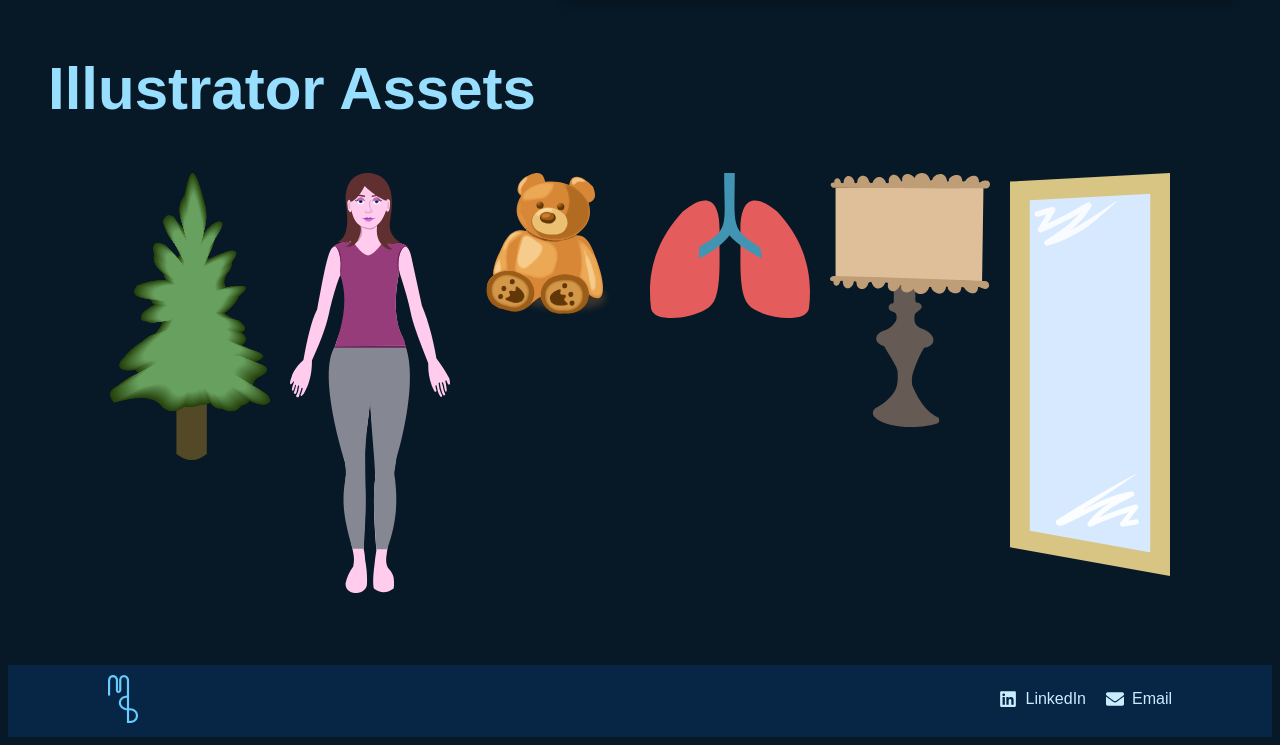
Repository: madelinestruthers/madeline-portfolio-site
Page: /Projects/motion-project
An editor plug-in stored every save of this project. The page is shown before and after the next save, followed by the edit.
The browser window is 1280 px wide. The pictures show the part of the page from y = 687 to 1432 px (the page is 1432 px tall).
The project was rebuilt for these pictures with package versions that can differ from the ones it lists, and the page was loaded fresh each time. The framework's server and built-in components were replaced by stand-ins that run in the browser. Also part of the build but not shown: next.config.mjs.

Above is the page before, as saved 2025-03-22 20:14:01.

### src/pages/Projects/motion-project.js
import NavBar from "@/components/NavBar";
import Footer from "@/components/Footer";
import styles from "@/styles/MotionProject.module.css";
import Image from "next/image";

export default function MotionProject() {
    return (
        <div className={styles.page}> {/* ✅ Add a wrapper div */}
            <NavBar />

            <main className={styles.container}>
                <h1 className={styles.h1Style}>How to Ground Yourself</h1>

                {/* Video & Description Row on Desktop (Video on Right) */}
                <div className={styles.videoDescriptionWrapper}>

                    {/* Project Details (Left Side on Desktop) */}
                    <div className={styles.descriptionContainer}>
                        <p className={styles.description}>
                            Made for kids, this motion graphics piece explores mindfulness and grounding through fluid animation, soft colors, and soothing music. Created with <strong className={styles.bold}>After Effects</strong> and <strong className={styles.bold}>Illustrator</strong>, it delivers a calm, immersive experience.
                        </p>
                    </div>

                    {/* Video Section (Right Side on Desktop) */}
                    <div className={styles.videoContainer}>
                        <iframe
                            className={styles.video}
                            src="https://www.youtube.com/embed/LDuL9oxN3RY?si=x8TfYwBB4a7iYpOd"
                            title="YouTube video player"
                            allow="accelerometer; autoplay; clipboard-write; encrypted-media; gyroscope; picture-in-picture; web-share"
                            referrerPolicy="strict-origin-when-cross-origin"
                            allowFullScreen
                        ></iframe>
                    </div>

                </div>
                <h2 className={styles.h1Style}>Illustrator Assets</h2>
                <div className={styles.assetContainer}>
                    <div className={styles.assets}>
                        <Image src="/images/Asset2.svg" alt="Asset 2" width={150} height={150} className={styles.assetImage} />
                        <Image src="/images/Asset1.svg" alt="Asset 1" width={150} height={150} className={styles.assetImage} />
                        <Image src="/images/Asset3.svg" alt="Asset 3" width={150} height={150} className={styles.assetImage} />
                        <Image src="/images/Asset4.svg" alt="Asset 1" width={150} height={150} className={styles.assetImage} />
                        <Image src="/images/Asset5.svg" alt="Asset 1" width={150} height={150} className={styles.assetImage} />
                        <Image src="/images/Asset6.svg" alt="Asset 1" width={150} height={150} className={styles.assetImage} />
                    </div>
                </div>
            </main>

            <Footer />
        </div>
    );
}

### src/styles/globals.css
:root {
  --background: #071926;
  --foreground: #171717;
    --accent: #98deff; /* Change to your preferred color */
}

@media (prefers-color-scheme: dark) {
  :root {
    --background: #071926;
    --foreground: #ffffff;
  }
}

html,
body {
  max-width: 100vw;
  overflow-x: hidden;
}


body {
  color: var(--foreground);
  background: var(--background);
  font-family: comme, Poppins, sans-serif;
  font-size: 16px;
}

/* styles*/



a {
  color: inherit;
  text-decoration: none;
}

.projects-page {
  display: flex;
  flex-direction: column;
  min-height: 100vh;
}

/* 📌 Title & Filter Layout */
.projects-header {
  display: flex;
  justify-content: space-between;
  align-items: center;
  padding: 2rem 0;
  width: 100%;
}

/* Align title left */
.projects-header h1 {
  font-size: 60px;
  font-weight: bold;
  margin-left: 100px;
  color: #98deff;
}

/* Align filter right */
.filter-container {
  display: flex;
  align-items: center;
  gap: 10px;
  margin-right: 100px;
}

/* 📌 Apply required #category-filter styling */
#category-filter {
  padding: 10px;
  font-size: 1rem;
  border-radius: 5px;
  border: 1px solid #ccc;
  cursor: pointer;
}

/* 📌 Grid Layout for Projects */
.projects-container {
  display: grid;
  grid-template-columns: 1fr;
  gap: 20px;
  padding-top: 2rem;
  justify-items: center;
  flex-grow: 1; /* Ensures content takes up available space */
}

/* 📌 Handle No Projects */
.no-projects {
  text-align: center;
  font-size: 1.2rem;
  color: #999;
}

/* 📌 Stick Footer to Bottom */
footer {
  margin-top: auto;
}


/* 🔥 Tablet View (600px and up) */
@media (min-width: 600px) {
  .projects-container {
    grid-template-columns: repeat(2, 1fr);
  }
}

/* 🖥️ Desktop View (900px and up) */
@media (min-width: 900px) {
  .projects-container {
    grid-template-columns: repeat(3, 1fr);
    margin: 1rem 100px 6rem 100px;
    gap: 6rem;
  }
}

/* 🖥️ Large Desktop View (1400px and up) */
@media (min-width: 1600px) {
  .projects-container {
    grid-template-columns: repeat(4, 1fr);
    margin: 2rem 200px 6rem 200px;
    gap: 8rem;
  }
}

/* 📱 Mobile View: Stack title & filter */
@media (max-width: 899px) {
  .projects-header {
    flex-direction: column;
    align-items: center;
    text-align: center;
    gap: 10px;
  }

  .projects-header h1 {
    margin-left: 0;
  }

  .filter-container {
    margin-right: 0;
  }
}

### src/components/NavBar.js

import React, { useState } from "react";
import Image from "next/image";
import styles from "./Navbar.module.css";

const NavBar = () => {
  const [isMenuOpen, setIsMenuOpen] = useState(false);
  const toggleMenu = () => setIsMenuOpen(!isMenuOpen);

  return (
    <nav className={styles.navbar}>
      <div className={styles["navbar-logo"]}>
        <a href="/">
          <div className={styles["logo-wrapper"]}>
            <Image
              src="/images/ms-logo.svg"
              alt="Logo"
              width={80}
              height={22}
              priority
            />
          </div>
        </a>
      </div>

      <div className={styles.hamburger} onClick={toggleMenu}>
        <div className={styles.bar}></div>
        <div className={styles.bar}></div>
        <div className={styles.bar}></div>
      </div>

      <ul
        className={`${styles["navbar-links"]} ${
          isMenuOpen ? styles["navbar-links-open"] : ""
        }`}
      >
        <li>
          <a href="/projects">Projects</a>
        </li>
        <li>
          <a href="/about">About Me</a>
        </li>
      </ul>
    </nav>
  );
};

export default NavBar;

### src/components/Footer.js
// src/components/Footer.js
import React from "react";
import styles from "./Footer.module.css";
import { FaLinkedin, FaEnvelope } from "react-icons/fa";
import Image from "next/image";

const Footer = () => {
  return (
    <footer className={styles.footer}>
      {/* Left Section: Logo */}
      <div className={styles.logo}>
        <a href="/">
        <Image
            src="/images/ms-logo.png"
            alt="Logo"
            width={30}
            height={48}
          />
        </a>
      </div>

      {/* Right Section: Links */}
      <div className={styles.links}>
        <a
          href="https://linkedin.com/in/madelinestruthers"
          target="_blank"
          rel="noopener noreferrer"
          className={styles.link}
        >
          <FaLinkedin className={styles.icon} /> LinkedIn
        </a>
        <a
          href="mailto:maddiestruthersdesigns@gmail.com"
          className={styles.link}
        >
          <FaEnvelope className={styles.icon} /> Email
        </a>
      </div>
    </footer>
  );
};

export default Footer;

### src/styles/MotionProject.module.css
/* Page Wrapper */
/* Page Wrapper */
.page {
    display: flex;
    flex-direction: column;
    min-height: 100vh;
    /* Ensures the full viewport height */
}

/* Main Content */
.container {
    flex: 1;
    /* Pushes the footer down */
    display: flex;
    flex-direction: column;
    align-items: center;
    padding: 20px;
}

/* Video & Description Layout */
.videoDescriptionWrapper {
    display: flex;
    flex-direction: column;
    /* Mobile: Stacked */
    align-items: center;
    gap: 20px;
    width: 100%;
}

/* Video Styling */
.videoContainer {
    width: 100%;
    max-width: 600px;
    margin-top: 1rem;
}

.video {
    width: 100%;
    height: 50vh;
    border-radius: 10px;
    box-shadow: 0 4px 8px rgba(0, 0, 0, 0.2);
}

/* Title & Description */
.descriptionContainer {
    text-align: left;
    max-width: 600px;
}


.h1Style {
    font-size: 30px;
    color: #98deff;
    font-weight: bold;
    text-align: left;
    /* ✅ Aligns to the left */
    width: 100%;
    /* Makes sure it spans the full width */
    max-width: 1200px;
}


.description {
    font-size: 1rem;
    color: #cbedfd;
    line-height: 1.6;
}

.bold{
    font-weight: 700;
    color: #ffc072;
}

/* Assets Section */
.assetsContainer {
    text-align: left;
    width: 100%;
    display: flex;
    justify-content: flex-start;
  }

  .assets {
    display: flex;
    flex-direction: column;
    align-items: flex-start;
    gap: 20px;
    width: 100%;
  }

  .assetImage {
    height: auto;
  }



.h2Style {
    font-size: 24px;
    color: #C7EDFF;
    margin-bottom: 10px;
}




/* 🔹 Tablet View (iPad) */
@media (min-width: 768px) {
    .container {
        padding: 40px;
    }

    .assets {
        flex-direction: row;
        justify-content: flex-start;
      }

    .h1Style {
        font-size: 36px;
    }

    .description {
        font-size: 1.1rem;
        max-width: 80%;
    }

    .assets {
        flex-direction: row;
        justify-content: center;
      }
}

/* 🖥️ Desktop View */
@media (min-width: 1024px) {
    .container {
        max-width: 1200px;
        margin: auto;
    }

    .videoDescriptionWrapper {
        flex-direction: row;
        /* Desktop: Side-by-Side */
        align-items: flex-start;
        justify-content: space-between;
    }

    .descriptionContainer {
        flex: 1;
        max-width: 40%;
        text-align: left;
        margin-right: 20px;
    }

    .videoContainer {
        flex: 1;
        max-width: 60%;
        /* Make it take half the width */
        order: 2;
    }

    .h1Style {
        font-size: 60px;
    }

    .description {
        font-size: 1.2rem;
        max-width: 100%;
    }

    .assetImage {
        width: 160px;

      }


}

### src/components/Navbar.module.css
/* Base Styles (Mobile First) */
.navbar {
  display: flex;
  justify-content: space-between;
  align-items: center;
  padding: 1.5rem;
  position: sticky;
  z-index: 111;
}

.navbar-logo img{
  display: flex;
  align-items: center;
  width: 45px;
  height: 100px;
}


.navbar-logo a {
  text-decoration: none;
}

.logo-wrapper {
  display: inline-block;
  transform: scale(1);
  transition: transform 0.4s ease-in-out 0.1s, filter 0.4s ease-in-out 0.1s;
  will-change: transform, filter;
}

.logo-wrapper:hover {
  animation: tiltWobble 0.6s ease-in-out 0.1s;
  transform: scale(1.1);
  filter: brightness(1.1) sepia(1) hue-rotate(-20deg) saturate(5);
}

@keyframes tiltWobble {
  0% {
    transform: scale(1.1) rotateZ(0deg);
  }
  30% {
    transform: scale(1.1) rotateZ(-4deg);
  }
  60% {
    transform: scale(1.1) rotateZ(4deg);
  }
  100% {
    transform: scale(1.1) rotateZ(0deg);
  }
}

/* Hamburger Menu */
.hamburger {
  display: flex;
  flex-direction: column;
  justify-content: space-between;
  width: 2.5rem;
  height: 2rem;
  cursor: pointer;
}

.bar {
  height: 5px;
  width: 100%;
  border-radius: 3px;
  transition: all 0.3s ease;
  background-color: #ffb04f;
}

/* Navigation Links */
.navbar-links {
  display: none;
  flex-direction: column;
  list-style: none;
  text-align: left;
  position: absolute;
  top: 100px;
  right: 30px;
  background-color: #072747;
  box-shadow: 0 4px 6px rgba(0, 0, 0, 0.1);
  border-radius: 8px;
  z-index: 10;
  font-size: 20px;
  padding-bottom: 1rem;
}

.navbar-links a {
  text-decoration: none;
  font-size: 20px;
  font-weight: 600;
  color: #c7edff;
  padding-right: 1.5rem;
  padding-top: 1rem;
  display: block;
  transition: color 0.3s ease, border-color 0.3s ease;
  border-bottom: 4px solid transparent;
}

.navbar-links a:hover {
  transition: color 0.3s ease, border-color 0.3s ease;
  color: #ffb04f;
}

/* Show Links When Menu is Open */
.navbar-links-open {
  display: flex;
}

/* Tablet Styles (768px) */
@media (min-width: 768px) {
  .hamburger {
    display: none;
  }

  .navbar-logo{
    width: 40px;
    height: auto;
  }

  .navbar {
    flex-direction: row;
    justify-content: space-between;
    padding: 10px 100px;
  }

  .navbar-links {
    display: flex;
    flex-direction: row;
    position: static;
    background: none;
    box-shadow: none;
    padding: 0;
    gap: 3rem;
  }

  .navbar-links a {
    padding: 0;
    font-size: 18px;
  }
}

/* Desktop Styles (1024px) */
@media (min-width: 1024px) {
  .navbar {
    padding: 20px 100px;
  }

  .navbar-logo img {
    max-width: 100%;
    height: auto;
  }

  .navbar-links a {
    font-size: 18px;
  }
}

### src/components/Footer.module.css
/* src/components/Footer.module.css */
.footer {
    display: flex;
    justify-content: space-between;
    align-items: center;
    padding: 10px 100px; /* Adjust the side padding as needed */
    background-color: hsl(210, 82%, 15%);
    margin-top: 2rem;
  }

  .logo {
    display: flex;
    align-items: center;
  }

  .logoImage {
    width: auto;
  }

  .links {
    display: flex;
    gap: 20px; /* Space between links */

  }

  .link {
    display: flex;
    align-items: center;
    text-decoration: none;
    font-size: 16px;
    color: #C7EDFF; /* Dark text color */
    transition: color 0.3s ease, border-color 0.3s ease;
    border-bottom: 4px solid transparent; /* Hidden underline */
  }

  .link:hover {
    color: #FF8C00
  }

  .icon {
    margin-right: 8px; /* Space between icon and text */
    font-size: 18px;
  }

Loaded but not shown: src/pages/_app.js (common file); src/pages/_document.js (common file)

After the next save:
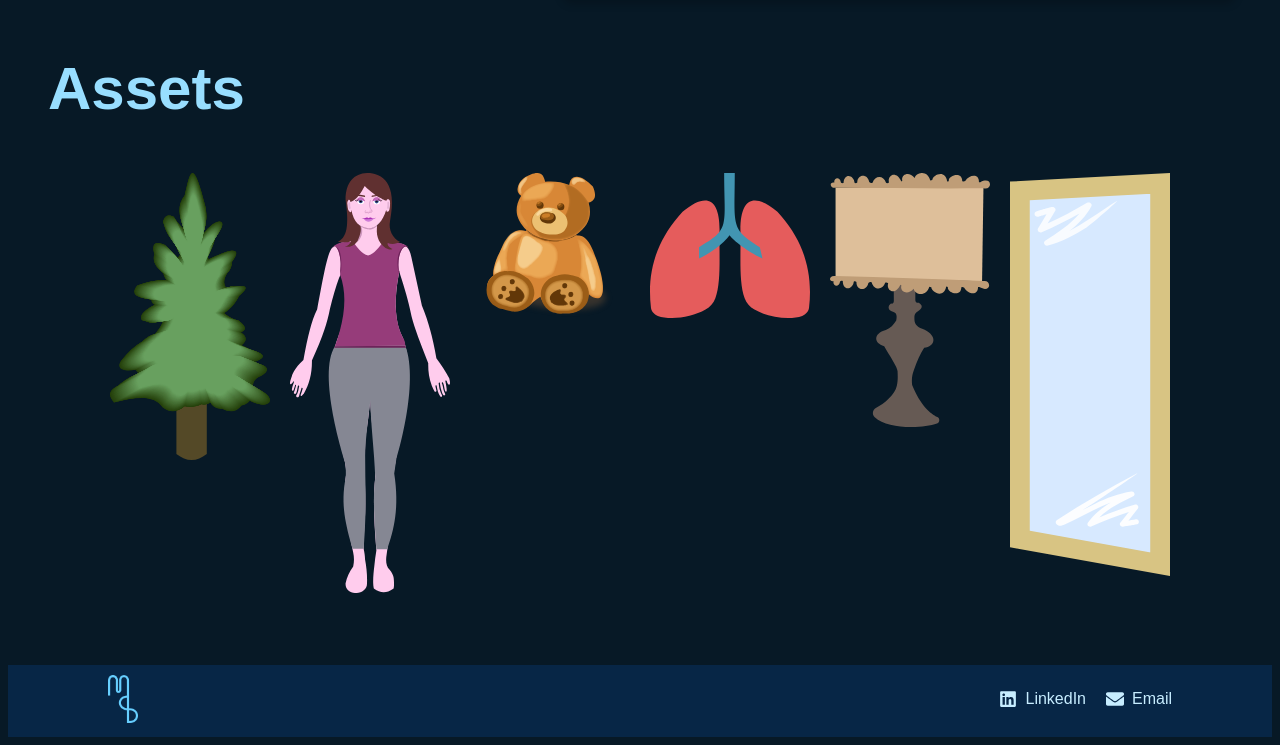
Saved 65 min 49 s later.
--- a/src/pages/Projects/motion-project.js
+++ b/src/pages/Projects/motion-project.js
@@ -34,7 +34,7 @@ export default function MotionProject() {
                     </div>
 
                 </div>
-                <h2 className={styles.h1Style}>Illustrator Assets</h2>
+                <h2 className={styles.h1Style}>Assets</h2>
                 <div className={styles.assetContainer}>
                     <div className={styles.assets}>
                         <Image src="/images/Asset2.svg" alt="Asset 2" width={150} height={150} className={styles.assetImage} />
